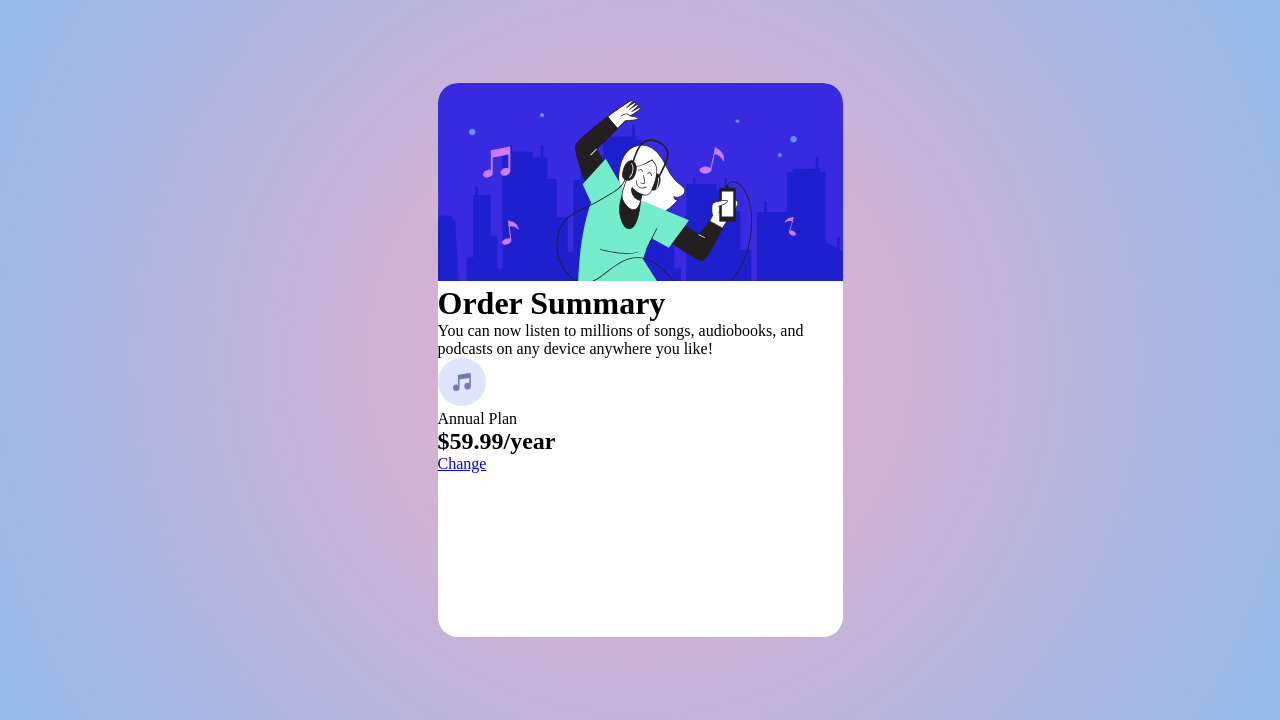
Repository: KamoliddinGIT/order-summary-card
Page: index.html
The author's editor kept a copy of each file at every save. The page is drawn from the files as they stood at one save, then again after the next save.
The browser window is 1280 px wide. The pictures show the whole page.

Above is the page before, as saved 2023-09-13 10:46:38.

### index.html
<!DOCTYPE html>
<html lang="en">
  <head>
    <meta charset="UTF-8" />
    <meta name="viewport" content="width=device-width, initial-scale=1.0" />
    <link
      rel="icon"
      type="image/png"
      sizes="32x32"
      href="./images/favicon-32x32.png"
    />
    <link rel="stylesheet" href="./css/style.css" />
    <title>Order summary card</title>
  </head>
  <body>
    <div class="container">
      <img
        class="illustration"
        src="./images/illustration-hero.svg"
        alt="img"
      />
      <div>
        <h1>Order Summary</h1>
        <p>
          You can now listen to millions of songs, audiobooks, and podcasts on
          any device anywhere you like!
        </p>
        <div>
          <img src="./images/icon-music.svg" alt="music" />
          <div>
            <span>Annual Plan </span>
            <h2>$59.99/year</h2>
          </div>
          <a href="#">Change</a>
        </div>
      </div>
    </div>
  </body>
</html>

### css/style.css
* {
  margin: 0;
  padding: 0;
  box-sizing: border-box;
}

body {
  width: 100%;
  height: 100vh;
  display: flex;
  justify-content: center;
  align-items: center;
  background: rgb(238, 174, 202);
  background: radial-gradient(
    circle,
    rgba(238, 174, 202, 1) 0%,
    rgba(148, 187, 233, 1) 100%
  );
}

.container {
  width: 405px;
  height: 554px;
  border-radius: 20px;
  background: #fff;
}

.illustration {
  width: 100%;
  border-radius: 20px 20px 0 0;
}

After the next save:
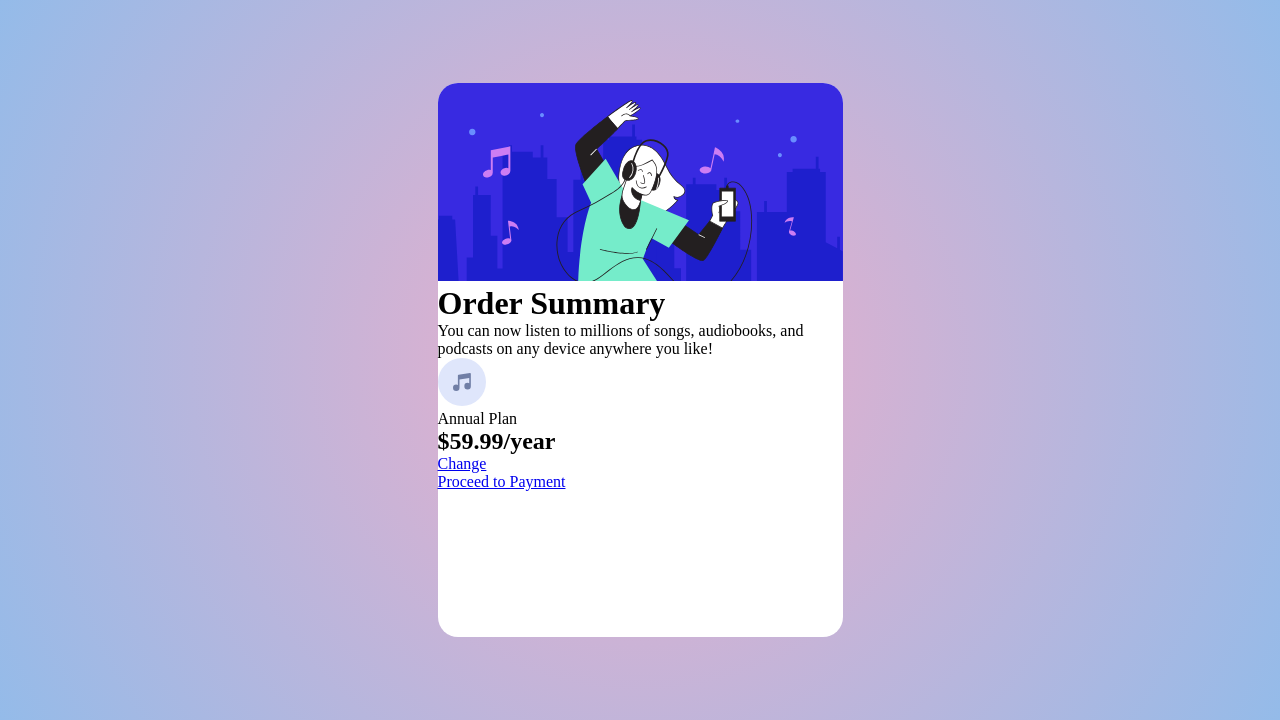
Saved 38 s later.
--- a/index.html
+++ b/index.html
@@ -33,6 +33,7 @@
           </div>
           <a href="#">Change</a>
         </div>
+        <a href="#">Proceed to Payment</a>
       </div>
     </div>
   </body>
